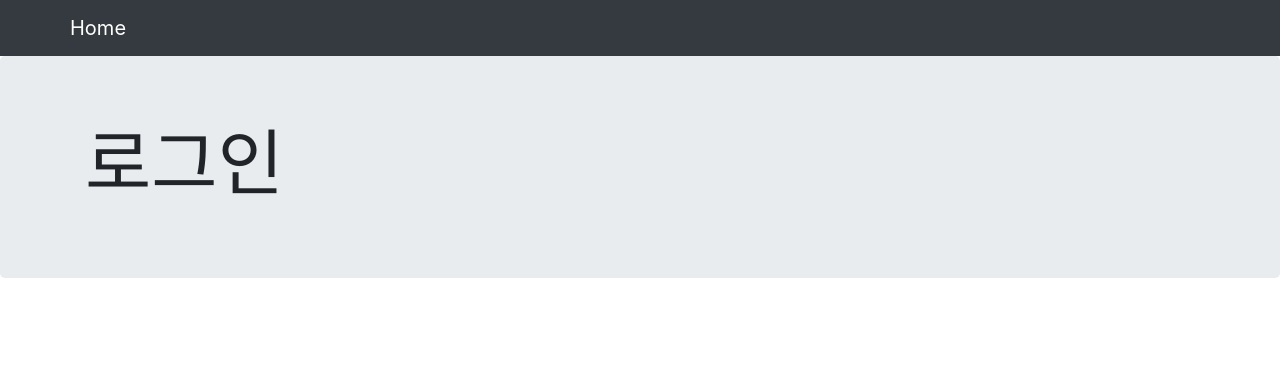
Repository: doyeong123/doyeonggit1
Page: http://localhost/webmarket/login.jsp
The author's editor kept a copy of each file at every save. The page is drawn from the files as they stood at one save, then again after the next save.
The browser window is 1280 px wide. The pictures show the whole page.
The page is served by Tomcat 9. Other server files are loaded and not shown.

Above is the page before, as saved 2023-12-13 00:59:21.

### jsp/webmarket/src/main/webapp/login.jsp
<%@ page language="java" contentType="text/html; charset=UTF-8"
    pageEncoding="UTF-8"%>
<!DOCTYPE html>
<html>
<head>
<meta charset="UTF-8">
<title>Login</title>
	<link rel="stylesheet" href="https://cdn.jsdelivr.net/npm/bootstrap@4.0.0/dist/css/bootstrap.min.css" integrity="sha384-Gn5384xqQ1aoWXA+058RXPxPg6fy4IWvTNh0E263XmFcJlSAwiGgFAW/dAiS6JXm" crossorigin="anonymous">
</head>
<body>
	<jsp:include page="menu.jsp"/>
	<div class="jumbotron">
		<div class="container">
			<h1 class="display-3">로그인</h1>
		</div>
	</div>
	<div class="container" align="center">
		<div class="col-md-4 col-md-offset-4">

		</div>
	</div>
</body>
</html>

### jsp/webmarket/src/main/webapp/menu.jsp
<%@ page language="java" contentType="text/html; charset=UTF-8"
    pageEncoding="UTF-8"%>
<!DOCTYPE html>
<html>
<head>
<meta charset="UTF-8">
<title>Insert title here</title>
</head>
<body>
	<!-- ch02 2번 -->
	<nav class = "navbar navbar-expand navbar-dark bg-dark">
		<div class = "container">
			<div class = "navbar-header">
				<a class = "navbar-brand" href="./welcome.jsp">
					Home
				</a>
			</div>
		</div>
	</nav>
</body>
</html>

After the next save:
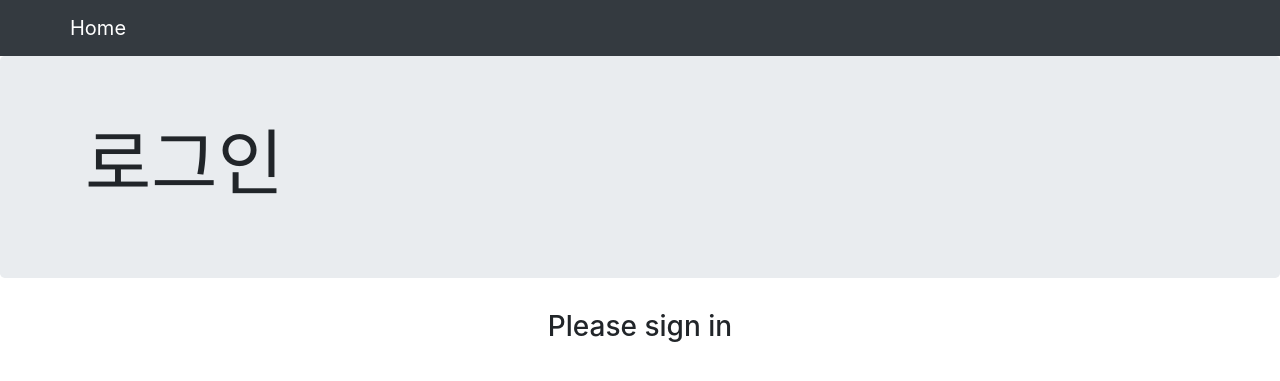
Saved 2 min 55 s later.
--- a/jsp/webmarket/src/main/webapp/login.jsp
+++ b/jsp/webmarket/src/main/webapp/login.jsp
@@ -16,7 +16,17 @@
 	</div>
 	<div class="container" align="center">
 		<div class="col-md-4 col-md-offset-4">
+			<h3 class="form-signin-heading">Please sign in</h3>
+			<%
+				String error = request.getParameter("error");
+				if(error != null)
+				{
+					out.println("<div class='alert alert-danger'");
+					out.println("아이디와 비밀번호를 확인해주세요.");
+					out.println("</div>");
 
+				}
+			%>
 		</div>
 	</div>
 </body>
